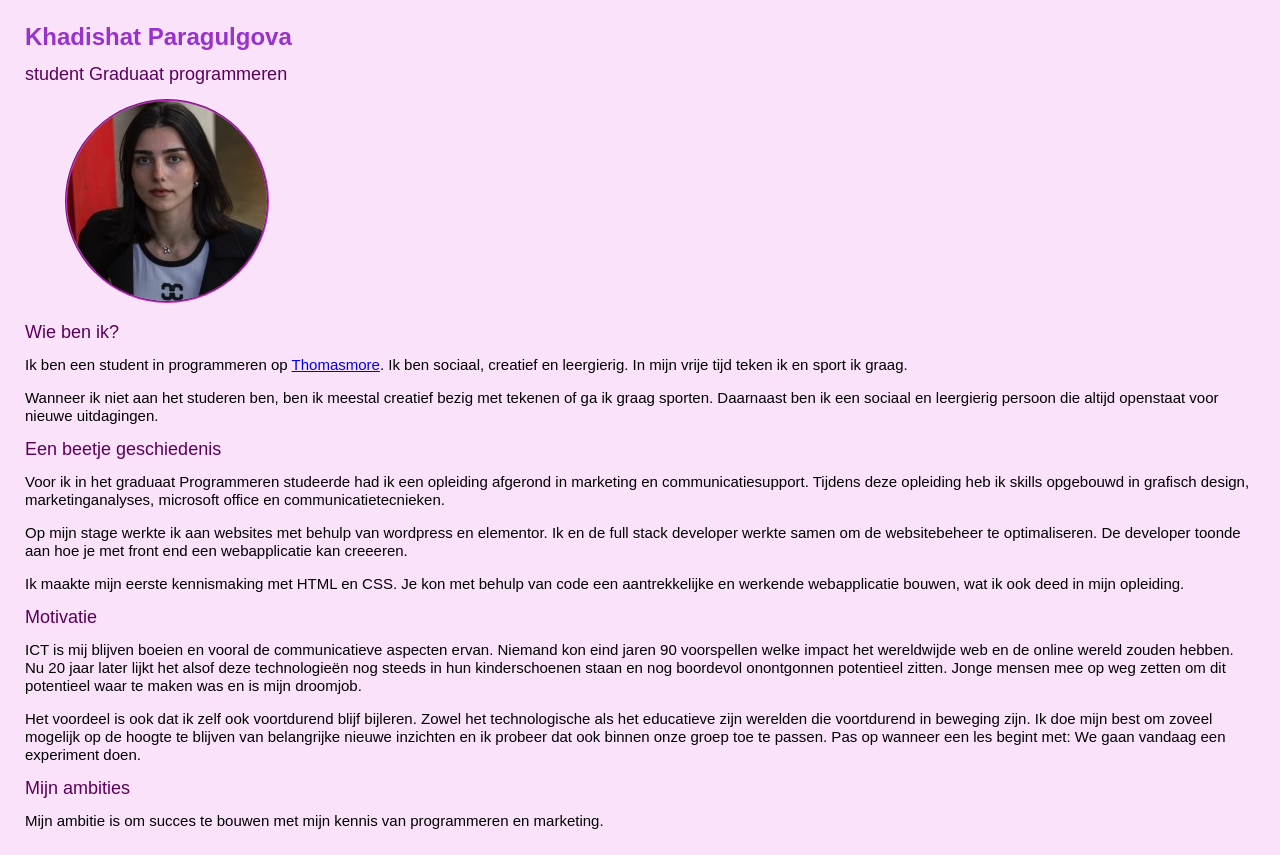
Repository: khadishat00/portfolio
Page: index.html
The author's editor kept a copy of each file at every save. The page is drawn from the files as they stood at one save, then again after a run of saves.
The browser window is 1280 px wide. The pictures show the whole page.

Above is the page before, as saved 2026-09-24 16:11:28.

After the next 2 saves:
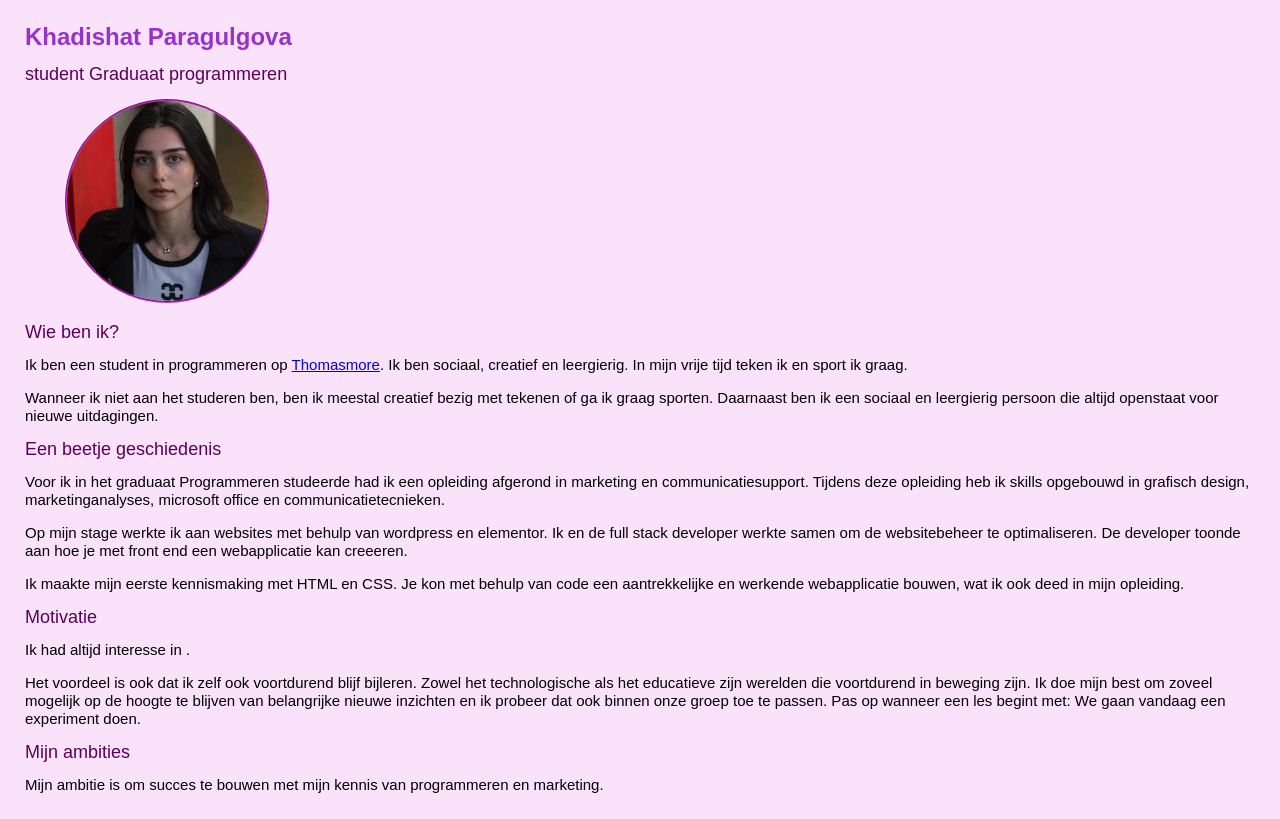
The 2 saves are shown as one change because they came seconds apart.
The last was saved 41 s later.
--- a/index.html
+++ b/index.html
@@ -92,12 +92,7 @@
 
       <h2>Motivatie</h2>
       <p>
-        ICT is mij blijven boeien en vooral de communicatieve aspecten ervan.
-        Niemand kon eind jaren 90 voorspellen welke impact het wereldwijde web
-        en de online wereld zouden hebben. Nu 20 jaar later lijkt het alsof deze
-        technologieën nog steeds in hun kinderschoenen staan en nog boordevol
-        onontgonnen potentieel zitten. Jonge mensen mee op weg zetten om dit
-        potentieel waar te maken was en is mijn droomjob.
+        Ik had altijd interesse in .
       </p>
       <p>
         Het voordeel is ook dat ik zelf ook voortdurend blijf bijleren. Zowel
